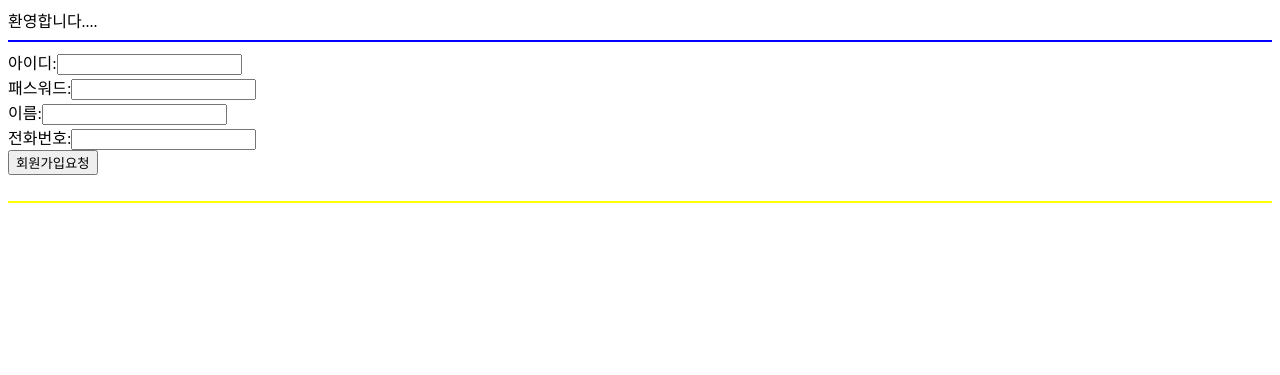
Repository: Yusubin/workEx
Page: spring00/src/main/webapp/index.html
An editor plug-in stored every save of this project. The page is shown before and after the next save, followed by the edit.
The browser window is 1280 px wide. The pictures show the whole page.

Above is the page before, as saved 2022-02-14 08:16:23.

After the next save:
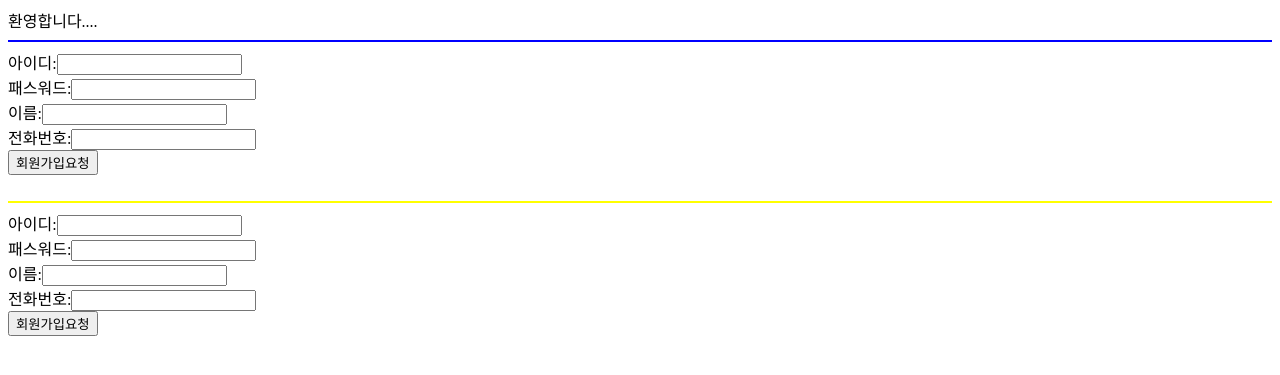
Saved 5 s later.
--- a/spring00/src/main/webapp/index.html
+++ b/spring00/src/main/webapp/index.html
@@ -17,5 +17,13 @@
 	</form>
 	<br>
 	<hr color="yellow">
+		<form action="create.jsp">
+	아이디:<input type="text" name="id"><br>
+	패스워드:<input type="text" name="pw"><br>
+	이름:<input type="text" name="name"><br>
+	전화번호:<input type="text" name="tel"><br>
+	<button>회원가입요청</button>
+
+	</form>
 	</body>
 </html>
